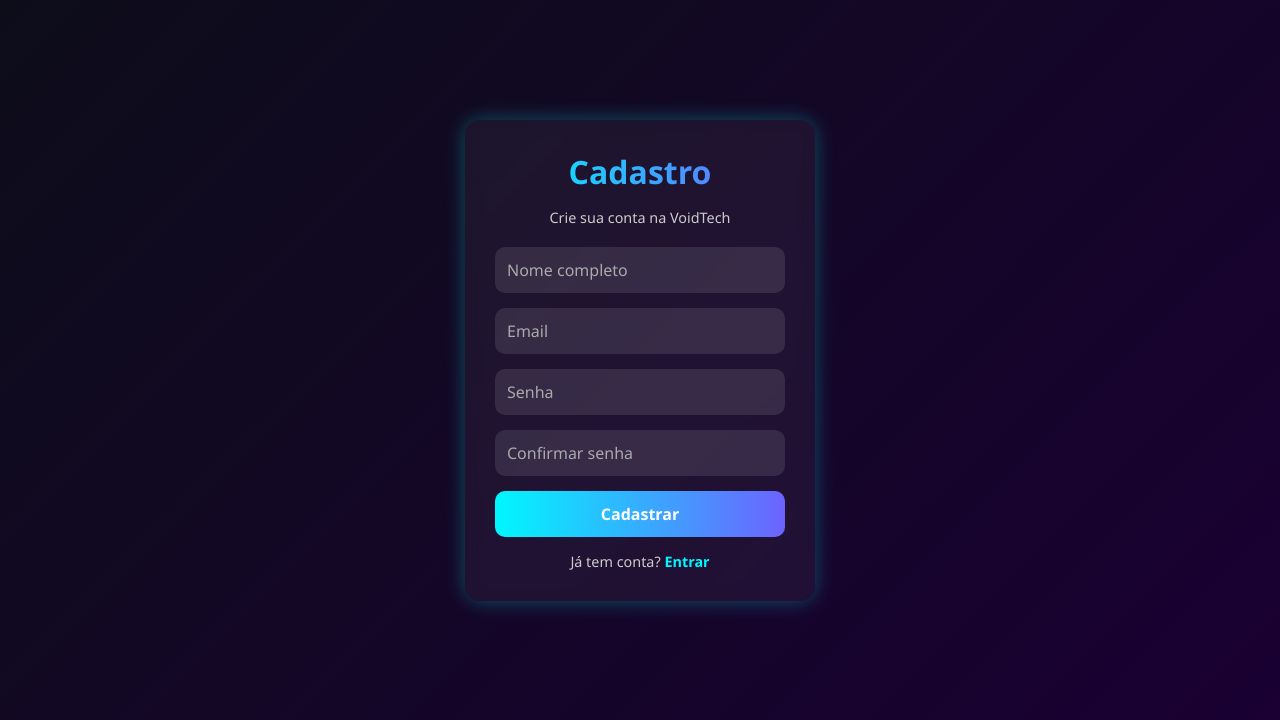
Repository: epvoidtech/Formul-rio-de-contato
Page: register.html
These files come from the project's save history. The page is drawn as it stood at one moment and after the next save; the edit follows.
The browser window is 1280 px wide. The pictures show the whole page.

Above is the page before, as saved 2025-08-19 14:05:00.

### register.html
<!DOCTYPE html>
<html lang="pt-BR">
<head>
  <meta charset="UTF-8" />
  <meta name="viewport" content="width=device-width, initial-scale=1.0">
  <title>Cadastro - VoidTech Store</title>
  <style>
    /* Reset */
    * {
      margin: 0;
      padding: 0;
      box-sizing: border-box;
      font-family: 'Segoe UI', Tahoma, sans-serif;
    }

    body {
      height: 100vh;
      display: flex;
      align-items: center;
      justify-content: center;
      background: linear-gradient(135deg, #0d0d1a, #1a0033);
      color: #fff;
    }

    header {
      text-align: center;
      margin-bottom: 20px;
    }

    header h1 {
      font-size: 2rem;
      background: linear-gradient(90deg, #00f7ff, #6c63ff);
      -webkit-background-clip: text;
      -webkit-text-fill-color: transparent;
      font-weight: bold;
    }

    main {
      background: rgba(255, 255, 255, 0.05);
      padding: 30px;
      border-radius: 15px;
      box-shadow: 0 0 20px rgba(0,255,255,0.3);
      backdrop-filter: blur(8px);
      width: 100%;
      max-width: 350px;
      text-align: center;
    }

    form {
      display: flex;
      flex-direction: column;
      gap: 15px;
    }

    input {
      padding: 12px;
      border: none;
      border-radius: 10px;
      background: rgba(255, 255, 255, 0.1);
      color: #fff;
      outline: none;
      font-size: 1rem;
      transition: 0.3s;
    }

    input::placeholder {
      color: #aaa;
    }

    input:focus {
      background: rgba(0,255,255,0.1);
      box-shadow: 0 0 8px #00f7ff;
    }

    button {
      padding: 12px;
      background: linear-gradient(90deg, #00f7ff, #6c63ff);
      border: none;
      border-radius: 10px;
      font-size: 1rem;
      font-weight: bold;
      color: #fff;
      cursor: pointer;
      transition: 0.3s;
    }

    button:hover {
      transform: scale(1.05);
      box-shadow: 0 0 12px #00f7ff;
    }

    p {
      margin-top: 15px;
      font-size: 0.9rem;
      color: #ccc;
    }

    a {
      color: #00f7ff;
      text-decoration: none;
      font-weight: bold;
    }

    a:hover {
      text-decoration: underline;
    }
  </style>
</head>
<body>
  <main>
    <header>
      <h1>Cadastro</h1>
      <p>Crie sua conta na VoidTech</p>
    </header>

    <form id="register-form">
      <input type="text" id="register-name" placeholder="Nome completo" required>
      <input type="email" id="register-email" placeholder="Email" required>
      <input type="password" id="register-password" placeholder="Senha" required>
      <input type="password" id="register-confirm" placeholder="Confirmar senha" required>
      <button type="submit">Cadastrar</button>
    </form>
    <p>Já tem conta? <a href="login.html">Entrar</a></p>
  </main>

  <script src="js/auth.js"></script>
</body>
</html>

### js/auth.js
// ======================
// Funções utilitárias
// ======================
function getUsers() {
    return JSON.parse(localStorage.getItem("users")) || [];
}

function saveUsers(users) {
    localStorage.setItem("users", JSON.stringify(users));
}

function setLoggedUser(user) {
    localStorage.setItem("loggedUser", JSON.stringify(user));
}

function getLoggedUser() {
    return JSON.parse(localStorage.getItem("loggedUser")) || null;
}

function logoutUser() {
    localStorage.removeItem("loggedUser");
    location.href = "login.html";
}

// ======================
// LOGIN
// ======================
if (document.querySelector("#login-form")) {
    document.querySelector("#login-form").addEventListener("submit", (e) => {
        e.preventDefault();
        const email = document.querySelector("#login-email").value;
        const password = document.querySelector("#login-password").value;

        const users = getUsers();
        const user = users.find(u => u.email === email && u.password === password);

        if (!user) {
            alert("Email ou senha inválidos!");
            return;
        }

        setLoggedUser(user);

        if (user.email === "leonardoeliann0@gmail.com") {
            location.href = "admin.html";
        } else {
            location.href = "index.html";
        }
    });
}

// ======================
// REGISTRO
// ======================
if (document.querySelector("#register-form")) {
    document.querySelector("#register-form").addEventListener("submit", (e) => {
        e.preventDefault();
        const email = document.querySelector("#reg-email").value;
        const password = document.querySelector("#reg-password").value;

        let users = getUsers();

        if (users.some(u => u.email === email)) {
            alert("Esse email já está cadastrado!");
            return;
        }

        const newUser = { email, password };
        users.push(newUser);
        saveUsers(users);
        alert("Cadastro realizado com sucesso!");
        location.href = "login.html";
    });
}

// ======================
// EXIBIR USUÁRIO LOGADO NO INDEX
// ======================
if (document.querySelector("#user-info")) {
    const userInfo = document.querySelector("#user-info");
    const loggedUser = getLoggedUser();

    if (loggedUser) {
        userInfo.innerHTML = `
            <span>Bem-vindo, <strong>${loggedUser.email}</strong></span>
            <button id="logout-btn">Sair</button>
        `;
        document.querySelector("#logout-btn").addEventListener("click", logoutUser);
    } else {
        userInfo.innerHTML = `
            <a href="login.html">Entrar</a> |
            <a href="register.html">Cadastrar</a>
        `;
    }
}

After the next save:
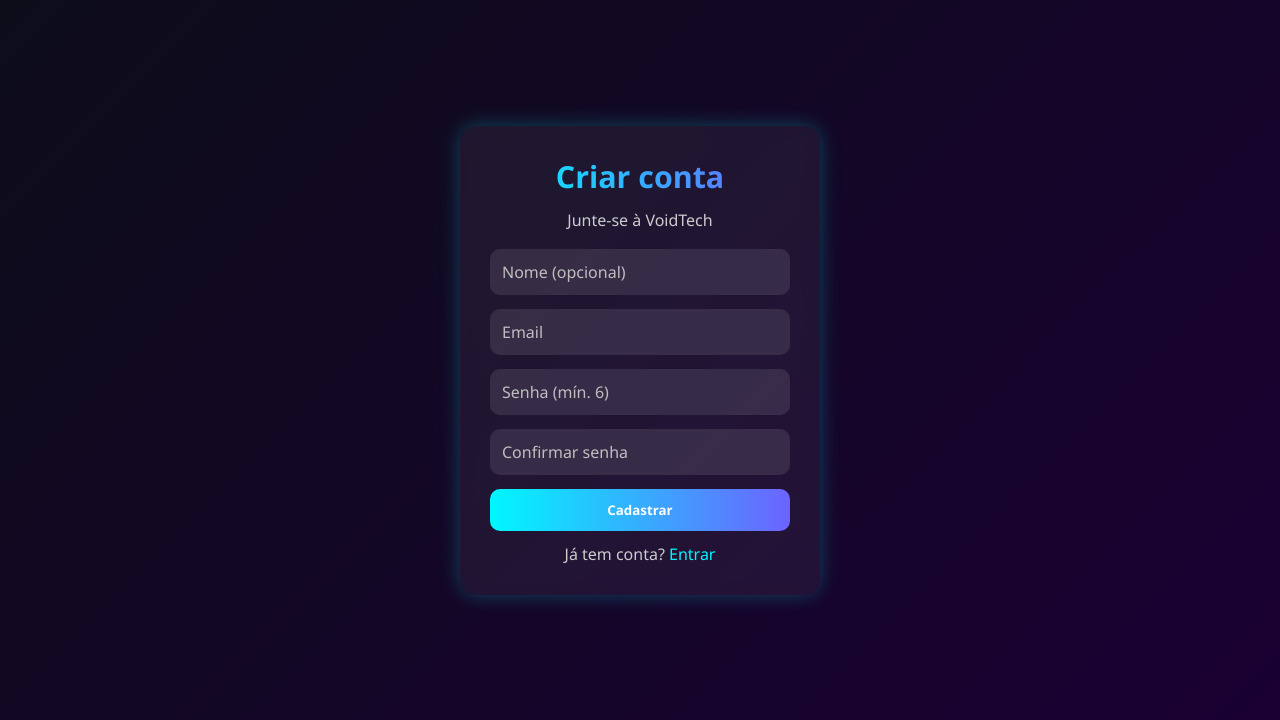
Saved 5 min 46 s later.
--- a/register.html
+++ b/register.html
@@ -2,127 +2,45 @@
 <html lang="pt-BR">
 <head>
   <meta charset="UTF-8" />
-  <meta name="viewport" content="width=device-width, initial-scale=1.0">
+  <meta name="viewport" content="width=device-width, initial-scale=1.0"/>
   <title>Cadastro - VoidTech Store</title>
   <style>
-    /* Reset */
-    * {
-      margin: 0;
-      padding: 0;
-      box-sizing: border-box;
-      font-family: 'Segoe UI', Tahoma, sans-serif;
-    }
-
-    body {
-      height: 100vh;
-      display: flex;
-      align-items: center;
-      justify-content: center;
-      background: linear-gradient(135deg, #0d0d1a, #1a0033);
-      color: #fff;
-    }
-
-    header {
-      text-align: center;
-      margin-bottom: 20px;
-    }
-
-    header h1 {
-      font-size: 2rem;
-      background: linear-gradient(90deg, #00f7ff, #6c63ff);
-      -webkit-background-clip: text;
-      -webkit-text-fill-color: transparent;
-      font-weight: bold;
-    }
-
-    main {
-      background: rgba(255, 255, 255, 0.05);
-      padding: 30px;
-      border-radius: 15px;
-      box-shadow: 0 0 20px rgba(0,255,255,0.3);
-      backdrop-filter: blur(8px);
-      width: 100%;
-      max-width: 350px;
-      text-align: center;
-    }
-
-    form {
-      display: flex;
-      flex-direction: column;
-      gap: 15px;
-    }
-
-    input {
-      padding: 12px;
-      border: none;
-      border-radius: 10px;
-      background: rgba(255, 255, 255, 0.1);
-      color: #fff;
-      outline: none;
-      font-size: 1rem;
-      transition: 0.3s;
-    }
-
-    input::placeholder {
-      color: #aaa;
-    }
-
-    input:focus {
-      background: rgba(0,255,255,0.1);
-      box-shadow: 0 0 8px #00f7ff;
-    }
-
-    button {
-      padding: 12px;
-      background: linear-gradient(90deg, #00f7ff, #6c63ff);
-      border: none;
-      border-radius: 10px;
-      font-size: 1rem;
-      font-weight: bold;
-      color: #fff;
-      cursor: pointer;
-      transition: 0.3s;
-    }
-
-    button:hover {
-      transform: scale(1.05);
-      box-shadow: 0 0 12px #00f7ff;
-    }
-
-    p {
-      margin-top: 15px;
-      font-size: 0.9rem;
-      color: #ccc;
-    }
-
-    a {
-      color: #00f7ff;
-      text-decoration: none;
-      font-weight: bold;
-    }
-
-    a:hover {
-      text-decoration: underline;
-    }
+    *{margin:0;padding:0;box-sizing:border-box;font-family:'Segoe UI',Tahoma,sans-serif}
+    body{height:100vh;display:flex;align-items:center;justify-content:center;background:linear-gradient(135deg,#0d0d1a,#1a0033);color:#fff}
+    main{background:rgba(255,255,255,.06);padding:30px;border-radius:16px;backdrop-filter:blur(8px);width:100%;max-width:360px;box-shadow:0 0 20px rgba(0,255,255,.25)}
+    header{text-align:center;margin-bottom:18px}
+    header h1{font-size:1.9rem;background:linear-gradient(90deg,#00f7ff,#6c63ff);-webkit-background-clip:text;-webkit-text-fill-color:transparent}
+    form{display:flex;flex-direction:column;gap:14px}
+    input{padding:12px;border:none;border-radius:10px;background:rgba(255,255,255,.1);color:#fff;outline:none;font-size:1rem;transition:.25s}
+    input::placeholder{color:#bfbfbf}
+    input:focus{background:rgba(0,255,255,.12);box-shadow:0 0 10px rgba(0,247,255,.4)}
+    button{padding:12px;border:none;border-radius:10px;font-weight:700;cursor:pointer;background:linear-gradient(90deg,#00f7ff,#6c63ff);color:#fff;transition:.25s}
+    button:hover{transform:translateY(-1px);box-shadow:0 8px 22px rgba(0,247,255,.25)}
+    p{margin-top:12px;text-align:center;color:#ccc}
+    a{color:#00f7ff;text-decoration:none}
+    a:hover{text-decoration:underline}
   </style>
 </head>
 <body>
   <main>
     <header>
-      <h1>Cadastro</h1>
-      <p>Crie sua conta na VoidTech</p>
+      <h1>Criar conta</h1>
+      <p>Junte-se à VoidTech</p>
     </header>
 
+    <!-- IDs que seu JS usa: #register-form, #reg-email, #reg-password, #reg-confirm -->
     <form id="register-form">
-      <input type="text" id="register-name" placeholder="Nome completo" required>
-      <input type="email" id="register-email" placeholder="Email" required>
-      <input type="password" id="register-password" placeholder="Senha" required>
-      <input type="password" id="register-confirm" placeholder="Confirmar senha" required>
+      <input type="text" id="reg-name" placeholder="Nome (opcional)" autocomplete="name">
+      <input type="email" id="reg-email" placeholder="Email" required autocomplete="email">
+      <input type="password" id="reg-password" placeholder="Senha (mín. 6)" minlength="6" required autocomplete="new-password">
+      <input type="password" id="reg-confirm" placeholder="Confirmar senha" minlength="6" required autocomplete="new-password">
       <button type="submit">Cadastrar</button>
     </form>
+
     <p>Já tem conta? <a href="login.html">Entrar</a></p>
   </main>
 
+  <!-- Carregue o script no fim do body para garantir que o DOM já existe -->
   <script src="js/auth.js"></script>
 </body>
 </html>
